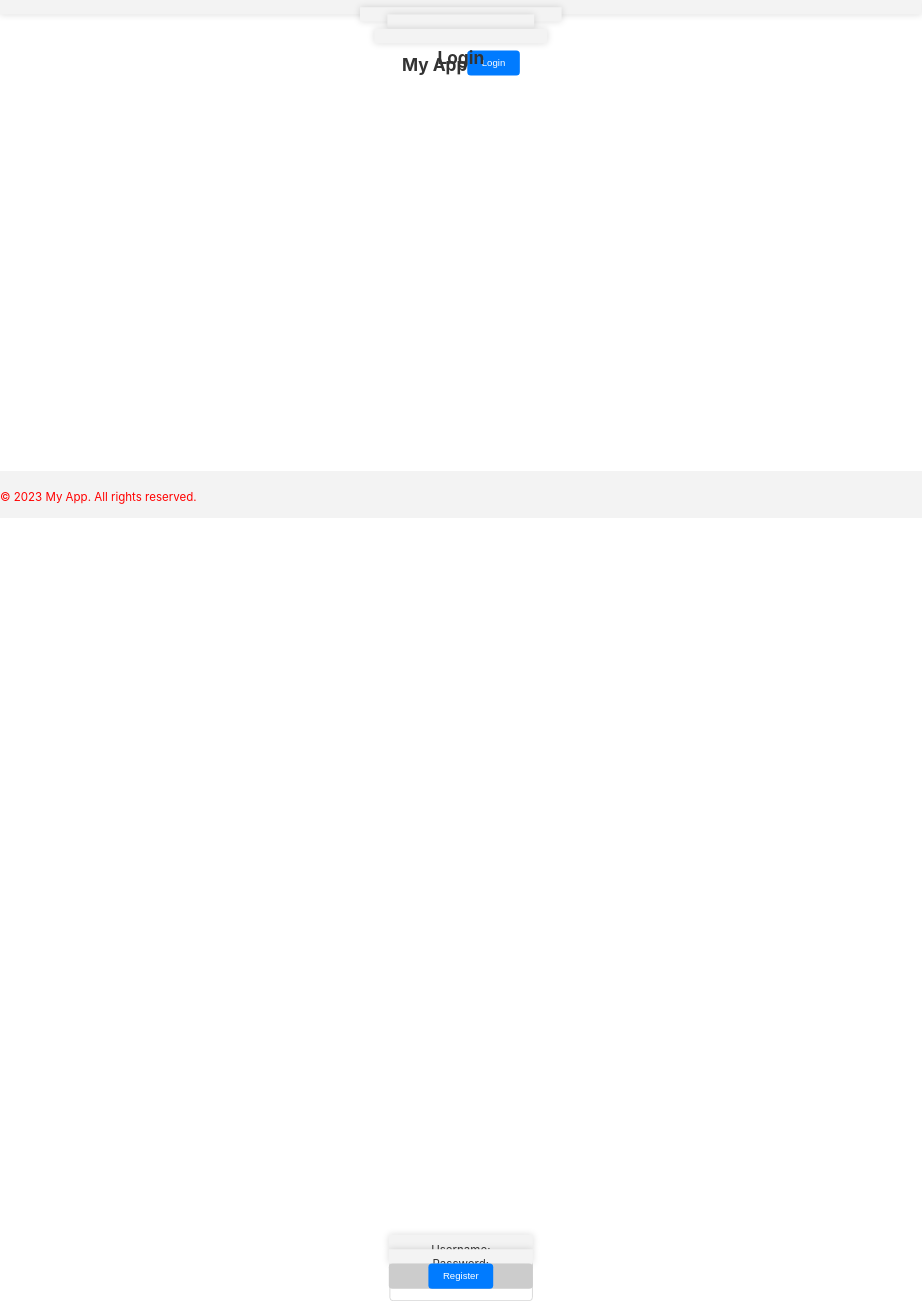
Repository: iMlearnDinG/react-app-v2
Page: /login
An editor plug-in stored every save of this project. The page is shown before and after the next save, followed by the edit.
The browser window is 1280 px wide. The pictures show the whole page, at 72% of full size.
The page's requests for data from a server got no answer. The project was rebuilt for these pictures with package versions that can differ from the ones it lists, and the page was loaded fresh each time. No one was signed in, and anything a server would have sent is missing. Also part of the build but not shown: src/components/Register.js, src/components/Lobby.js, src/components/Game.js, src/components/Menu.js.

Above is the page before, as saved 2023-07-19 02:03:25.

### src/index.js
import React from 'react';
import ReactDOM from 'react-dom/client';
import './index.css';
import App from './App';
import reportWebVitals from './reportWebVitals';

ReactDOM.createRoot(document.getElementById('root')).render(
  <React.StrictMode>
    <App />
  </React.StrictMode>,
);

// If you want to start measuring performance in your app, pass a function
// to log results (for example: reportWebVitals(console.log))
// or send to an analytics endpoint. Learn more: https://bit.ly/CRA-vitals
reportWebVitals();

### src/App.js
import React, { useContext, useEffect } from 'react';
import { BrowserRouter as Router, Routes, Route, useNavigate } from 'react-router-dom';
import { AuthProvider, AuthContext } from './config/AuthContext';
import Login from './components/Login';
import Register from './components/Register';
import Lobby from './components/Lobby';
import Game from './components/Game';
import Menu from './components/Menu';
import Navbar from './components/Navbar'
import SessionRenewal from './SessionRenewal';

function PrivateRoute({ children }) {
  const { user, loading } = useContext(AuthContext);
  const navigate = useNavigate();

  useEffect(() => {
    if (!loading && !user) {
      navigate('/login', { replace: true });
    }
  }, [loading, user, navigate]);

  if (loading) {
    return <div>Loading...</div>;
  }

  if (!user) {
    return null;
  }

  return children;
}

function App() {
  return (
    <Router>
      <div className="App">
        <AuthProvider>
          <Navbar />
          <Routes>
            <Route path="/" element={<Login />} />
            <Route path="/login" element={<Login />} />
            <Route path="/register" element={<Register />} />
            <Route path="/lobby" element={<PrivateRoute><Lobby /></PrivateRoute>} />
            <Route path="/game" element={<PrivateRoute><Game /></PrivateRoute>} />
            <Route path="/menu" element={<PrivateRoute><Menu /></PrivateRoute>} />
          </Routes>
        </AuthProvider>
      </div>
    </Router>
  );
}

export default SessionRenewal(App);

### src/config/AuthContext.js
import React, { createContext, useState, useEffect } from 'react';

export const AuthContext = createContext();

export function AuthProvider({ children }) {
  const [user, setUser] = useState(null);
  const [loading, setLoading] = useState(true);

  useEffect(() => {
    // Fetch the current user from the server and update state
    const fetchUser = async () => {
      const response = await fetch(`${process.env.REACT_APP_API_BASE_URL}/auth`, {
        credentials: 'include',
      });
      const data = await response.json();
      if (data.success) {
        setUser(data.data.user);
      }
      setLoading(false);
    };
    fetchUser();
  }, []);

  const value = { user, setUser, loading };

  return <AuthContext.Provider value={value}>{children}</AuthContext.Provider>;
}

### src/components/Login.js
import React, { useState, useContext } from 'react';
import { useNavigate } from 'react-router-dom';
import { AuthContext } from '../config/AuthContext';
import "../css/login.css"

function Login() {
  const navigate = useNavigate();
  const { setUser } = useContext(AuthContext);
  const [username, setUsername] = useState('');
  const [password, setPassword] = useState('');
  const [isSubmitting, setIsSubmitting] = useState(false);
  const [error, setError] = useState(null);

  const handleSubmit = async (e) => {
    e.preventDefault();
    setIsSubmitting(true);
    setError(null);

    const response = await fetch(`${process.env.REACT_APP_API_BASE_URL}/login`, {
      method: 'POST',
      headers: { 'Content-Type': 'application/json' },
      body: JSON.stringify({ username, password }),
      credentials: 'include',
    });

    const data = await response.json();
    setIsSubmitting(false);
    if (data.success) {
      setUser(data.data.user);
      navigate('/menu');
    } else {
      setError(data.error);
    }
  };


  const handleInputChange = async (e) => {
    const { name, value } = e.target;
    if (name === 'username') {
      setUsername(value);
    } else if (name === 'password') {
      setPassword(value);
    }
  };

  const isFormValid = username !== '' && password !== '';

  const handleRegisterClick = async () => {
    navigate('/register');
  };

  return (
    <div>
      <h1>Login</h1>
      {error && <p>{error}</p>}
      <form onSubmit={handleSubmit}>
        <div>
          <label htmlFor="username">Username:</label>
          <input
            type="text"
            id="username"
            name="username"
            value={username}
            onChange={handleInputChange}
          />
        </div>
        <div>
          <label htmlFor="password">Password:</label>
          <input
            type="password"
            id="password"
            name="password"
            value={password}
            onChange={handleInputChange}
          />
        </div>
        <button type="submit" disabled={!isFormValid || isSubmitting}>
          Login
        </button>
      </form>
      <button onClick={handleRegisterClick}>Register</button>
    </div>
  );
}

export default Login;

### src/components/Navbar.js
import React, { useContext } from 'react';
import { useNavigate } from 'react-router-dom';
import { AuthContext } from '../config/AuthContext.js';
import axios from 'axios';
import '../css/navbar.css'

const Navbar = () => {
  const navigate = useNavigate();
  const { user, setUser } = useContext(AuthContext);

  const handleLogout = async () => {
    try {
      const res = await axios.post(`${process.env.REACT_APP_API_BASE_URL}/logout`, {}, {
        withCredentials: true,
      });

      if (res.data.success) {
        setUser(null);
        navigate('/login');
      } else {
        console.error(res.data.error);
      }
    } catch (error) {
      console.error(error);
    }
  };

  return (
    <div>
      <header >
        <h1>My App</h1>
        {user && (
          <button onClick={handleLogout}>Logout</button>
        )}
        {!user && (
          <button onClick={() => navigate('/login')}>Login</button>
        )}
      </header>

      <footer>
        <p>© 2023 My App. All rights reserved.</p>
      </footer>
    </div>
  );
};

export default Navbar;

### src/SessionRenewal.js
import React, { useEffect, useRef } from 'react';

function SessionRenewal(WrappedComponent) {
  return function WrappedWithSessionRenewal(props) {
    const activityDetected = useRef(false);

    useEffect(() => {
      let timeoutId;

      const renewSession = () => {
        fetch('/api/renew-session', {
          method: 'POST',
          credentials: 'include', // Include cookies in the request
        })
        .then(res => res.json())
        .then((data) => {
          if (!data.success) {
            console.error('Session renewal failed:', data.error);
          }
        })
        .catch((error) => {
          console.error('Error:', error);
        });
      };

      const resetTimeout = () => {
        console.log('User activity detected');
        if (timeoutId) {
          clearTimeout(timeoutId);
        }
        timeoutId = setTimeout(renewSession, 1); // 5 minutes
      };

      const activityHandler = () => {
        activityDetected.current = true;
      };

      window.addEventListener('mousemove', activityHandler);
      window.addEventListener('keydown', activityHandler);
      window.addEventListener('click', activityHandler);
      window.addEventListener('input', activityHandler);

      const intervalId = setInterval(() => {
        if (activityDetected.current) {
          resetTimeout();
          activityDetected.current = false;
        }
      }, 225000);

      return () => {
        window.removeEventListener('mousemove', activityHandler);
        window.removeEventListener('keydown', activityHandler);
        window.removeEventListener('click', activityHandler);
        window.removeEventListener('input', activityHandler);
        clearTimeout(timeoutId);
        clearInterval(intervalId);
      };
    }, []);

    return <WrappedComponent {...props} />;
  };
}

export default SessionRenewal;

### src/css/login.css
div {
    display: flex;
    flex-direction: column;
    align-items: center;
    justify-content: center;
    height: 0vh;
    padding: 20px;
    background-color: #F3F3F3;
  }

  h1 {
    margin-bottom: 20px;
    color: #333;
    font-size: 28px;
  }

  p {
    color: red;
    margin-bottom: 10px;
  }

  form {
    display: flex;
    flex-direction: column;
    width: 200px;
    height: 40px;
    margin-top: 100rem;
  }

  div label {
    margin-bottom: 5px;
    color: #333;
  }

  div input {
    margin-bottom: 20px;
    padding: 10px;
    border: 1px solid #ccc;
    border-radius: 5px;
  }

  button {
    padding: 10px 20px;
    background-color: #007BFF;
    color: #FFF;
    border: none;
    border-radius: 5px;
    cursor: pointer;
    transition: background-color 0.3s ease;
    margin-bottom: 10px;
  }

  button:disabled {
    background-color: #ccc;
  }

  button:hover:not(:disabled) {
    background-color: #0056b3;
  }

### src/css/navbar.css
div {
    display: flex;
    justify-content: space-between;
    align-items: center;
    padding: 10px 20px;
    background-color: #F3F3F3;
    box-shadow: 0px 0px 10px 0px rgba(0,0,0,0.15);
  }

  header, footer {
    display: flex;
    justify-content: space-between;
    align-items: center;
    width: 100%;
  }

  header {
    margin-top: 30px;
  }

  h1 {
    color: #333;
    font-size: 24px;
  }

  button {
    padding: 10px 20px;
    background-color: #007BFF;
    color: #FFF;
    border: none;
    border-radius: 5px;
    cursor: pointer;
    transition: background-color 0.3s ease;
  }

  button:hover {
    background-color: #0056b3;
  }

  footer {
    position: fixed;
    bottom: 0;
    width: 100%;
    background-color: #F3F3F3;
    color: #666;
    text-align: center;
    padding: 10px 0;
  }

Loaded but not shown: public/index.html (common file); src/index.css (common file); src/reportWebVitals.js (common file)

After the next save:
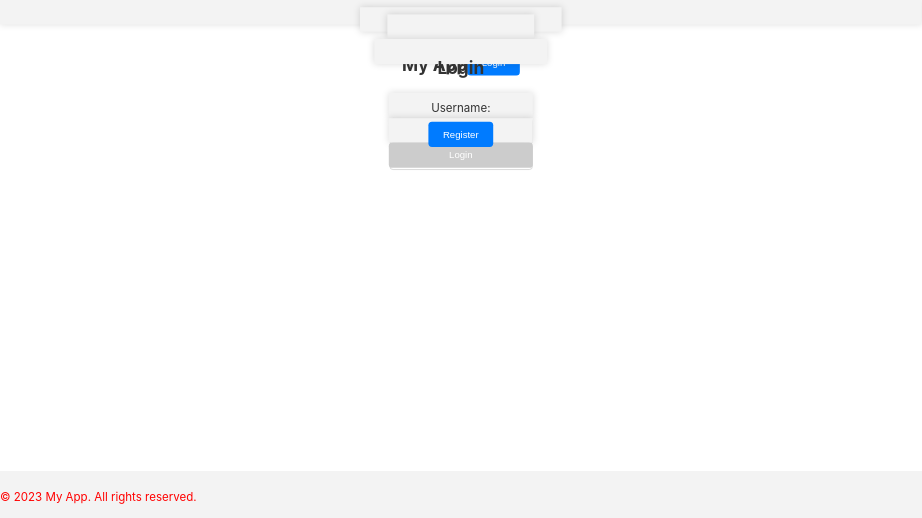
Saved 83 s later.
--- a/src/css/login.css
+++ b/src/css/login.css
@@ -3,7 +3,7 @@ div {
     flex-direction: column;
     align-items: center;
     justify-content: center;
-    height: 0vh;
+    height: 2vh;
     padding: 20px;
     background-color: #F3F3F3;
   }
@@ -24,7 +24,6 @@ div {
     flex-direction: column;
     width: 200px;
     height: 40px;
-    margin-top: 100rem;
   }
 
   div label {
